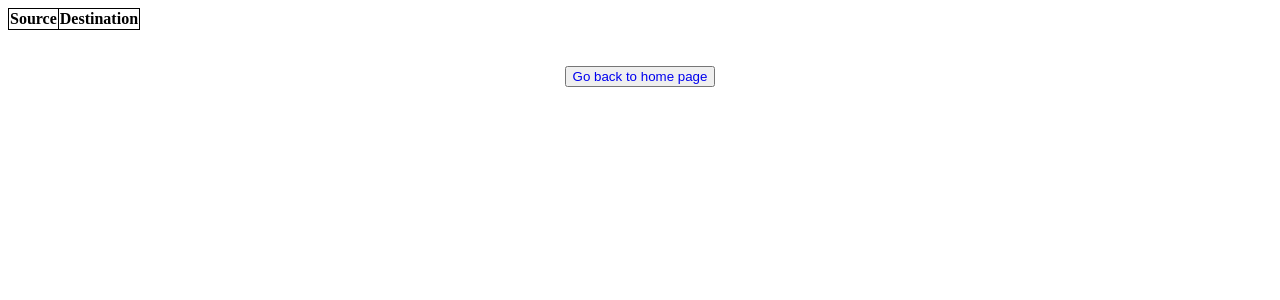
Repository: KartikMuchakandimath/Flyaway
Page: http://localhost/FlayAway/Places.jsp
The author's editor kept a copy of each file at every save. The page is drawn from the files as they stood at one save, then again after the next save.
The browser window is 1280 px wide. The pictures show the whole page.
The page is served by Tomcat 9. Queries for data that is not in the repository find no rows.

Above is the page before, as saved 2022-04-22 21:51:02.

After the next save:
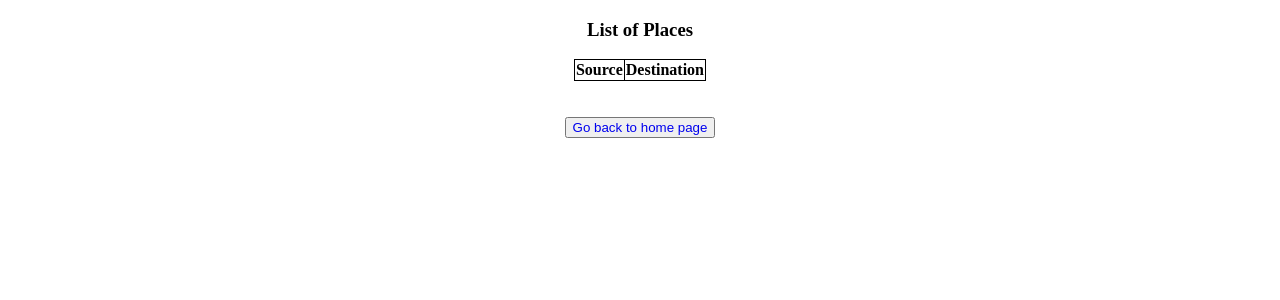
Saved 40 s later.
--- a/FlayAway/src/main/webapp/Places.jsp
+++ b/FlayAway/src/main/webapp/Places.jsp
@@ -17,6 +17,8 @@ table, th, td {
 </style>
 </head>
 <body>
+<center>
+<h3>List of Places </h3>
 <table>
 	<tr><th>Source</th>
 	<th>Destination</th>
